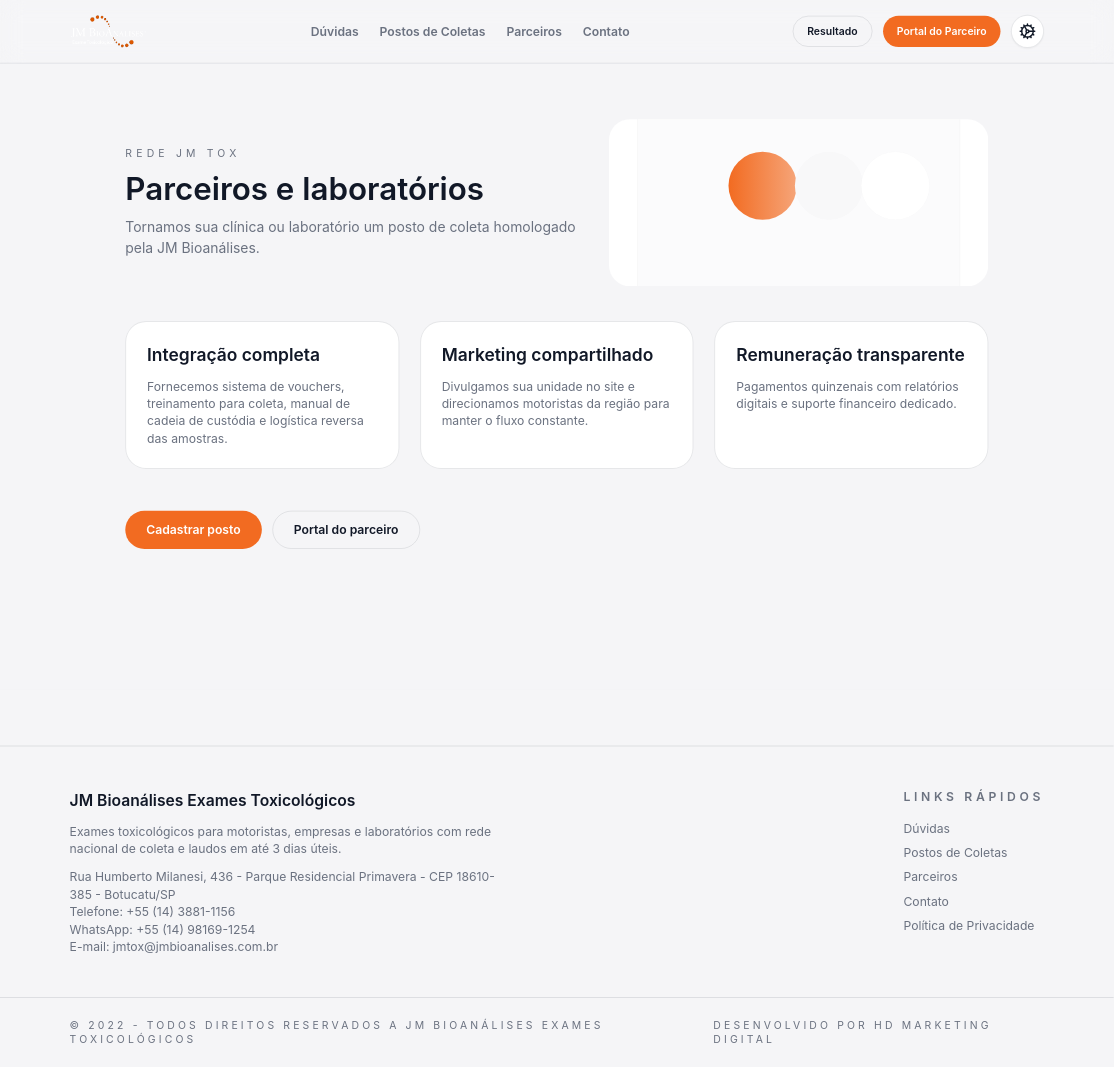
Repository: 1xLab/cat1
Page: /parceiros
The author's editor kept a copy of each file at every save. The page is drawn from the files as they stood at one save, then again after the next save.
The browser window is 1280 px wide. The pictures show the whole page, at 87% of full size.
The page's requests for data from a server got no answer. The project was rebuilt for these pictures with package versions that can differ from the ones it lists, and the page was loaded fresh each time. The framework's server and built-in components were replaced by stand-ins that run in the browser. No one was signed in, and anything a server would have sent is missing. Also part of the build but not shown: next.config.ts.

Above is the page before, as saved 2025-11-19 21:52:39.

### src/app/layout.tsx
import type { Metadata } from "next";
import { Geist, Geist_Mono } from "next/font/google";
import "./globals.css";

import { Header } from "@/components/layout/header";
import { Footer } from "@/components/layout/footer";
import { baseMetadata } from "@/lib/seo";
import { LabSchema } from "@/components/seo/lab-schema";
import { TagManager } from "@/components/analytics/tag-manager";

const geistSans = Geist({
  variable: "--font-geist-sans",
  subsets: ["latin"],
});

const geistMono = Geist_Mono({
  variable: "--font-geist-mono",
  subsets: ["latin"],
});

export const metadata: Metadata = baseMetadata;

export default function RootLayout({
  children,
}: Readonly<{
  children: React.ReactNode;
}>) {
  return (
    <html lang="pt-BR" data-theme="sunrise">
      <body className={`${geistSans.variable} ${geistMono.variable} antialiased`}>
        <TagManager />
        <LabSchema />
        <Header />
        <main className="min-h-screen bg-[var(--color-bg)] text-[var(--color-text)]">
          {children}
        </main>
        <Footer />
      </body>
    </html>
  );
}

### src/app/parceiros/page.tsx
import Image from "next/image";
import type { Metadata } from "next";
import { Button } from "@/components/ui/button";

const pillars = [
  {
    title: "Integração completa",
    body: "Fornecemos sistema de vouchers, treinamento para coleta, manual de cadeia de custódia e logística reversa das amostras.",
  },
  {
    title: "Marketing compartilhado",
    body: "Divulgamos sua unidade no site e direcionamos motoristas da região para manter o fluxo constante.",
  },
  {
    title: "Remuneração transparente",
    body: "Pagamentos quinzenais com relatórios digitais e suporte financeiro dedicado.",
  },
];

export const metadata: Metadata = {
  title: "Parceiros | JM Tox",
};

const illustration = "/imagens/illustration-parceiros-clean.svg";

export default function ParceirosPage() {
  return (
    <section className="mx-auto max-w-5xl px-4 py-16">
      <div className="grid gap-6 md:grid-cols-[1.1fr_0.9fr] md:items-center">
        <div className="space-y-3">
          <p className="text-xs uppercase tracking-[0.4em] text-[var(--color-text-muted)]">
            Rede JM Tox
          </p>
          <h1 className="text-4xl font-semibold text-[var(--color-text)]">
            Parceiros e laboratórios
          </h1>
          <p className="text-[var(--color-text-muted)]">
            Tornamos sua clínica ou laboratório um posto de coleta homologado
            pela JM Bioanálises.
          </p>
        </div>
        <div className="relative h-48 rounded-3xl">
          <Image
            src={illustration}
            alt="Tecnologia embarcada em caminhões"
            fill
            className="rounded-3xl object-cover"
            sizes="(min-width: 768px) 400px, 100vw"
          />
        </div>
      </div>
      <div className="mt-10 grid gap-6 md:grid-cols-3">
        {pillars.map((pillar) => (
          <article
            key={pillar.title}
            className="rounded-3xl border border-[var(--color-outline)] bg-[var(--color-surface)] p-6"
          >
            <h2 className="text-xl font-semibold text-[var(--color-text)]">
              {pillar.title}
            </h2>
            <p className="mt-3 text-sm text-[var(--color-text-muted)]">
              {pillar.body}
            </p>
          </article>
        ))}
      </div>
      <div className="mt-12 flex flex-wrap gap-3">
        <Button asChild>
          <a href="/cadastro-postos-de-coleta">Cadastrar posto</a>
        </Button>
        <Button asChild variant="outline">
          <a href="/app/parceiros">Portal do parceiro</a>
        </Button>
      </div>
    </section>
  );
}

### src/app/globals.css
@tailwind base;
@tailwind components;
@tailwind utilities;

:root {
  --color-bg: #f5f5f7;
  --color-surface: #ffffff;
  --color-text: #111827;
  --color-text-muted: #6b7280;
  --color-primary: #f26b21;
  --color-primary-dark: #c65310;
  --color-header: #050608;
  --color-outline: rgba(15, 23, 42, 0.1);
}

[data-theme="sunrise"] {
  --color-bg: #f5f5f7;
  --color-surface: #ffffff;
  --color-text: #111827;
  --color-text-muted: #6b7280;
  --color-primary: #f26b21;
  --color-primary-dark: #c65310;
  --color-header: #050608;
}

[data-theme="midnight"] {
  --color-bg: #050608;
  --color-surface: #111827;
  --color-text: #f9fafb;
  --color-text-muted: #9ca3af;
  --color-primary: #f26b21;
  --color-primary-dark: #f26b21;
  --color-header: #000000;
  --color-outline: rgba(255, 255, 255, 0.1);
}

[data-theme="clinical"] {
  --color-bg: #f3f6fb;
  --color-surface: #ffffff;
  --color-text: #0f172a;
  --color-text-muted: #3f4d63;
  --color-primary: #2563eb;
  --color-primary-dark: #1d4ed8;
  --color-header: #0f172a;
  --color-outline: rgba(15, 23, 42, 0.08);
}

[data-theme="high-contrast"] {
  --color-bg: #000000;
  --color-surface: #000000;
  --color-text: #ffffff;
  --color-text-muted: #f3f4f6;
  --color-primary: #ffbf00;
  --color-primary-dark: #f59e0b;
  --color-header: #000000;
  --color-outline: rgba(255, 255, 255, 0.2);
}

[data-theme="dark"] {
  --color-bg: #111436;
  --color-surface: rgba(255, 255, 255, 0.08);
  --color-text: #fefefe;
  --color-text-muted: #d4ddff;
  --color-primary: #f97316;
  --color-primary-dark: #ea580c;
  --color-header: rgba(17, 20, 54, 0.9);
  --color-outline: rgba(255, 255, 255, 0.2);
}

@layer base {
  * {
    box-sizing: border-box;
  }

  body {
    background: var(--color-bg);
    color: var(--color-text);
    font-family: "Inter", system-ui, -apple-system, BlinkMacSystemFont,
      "Segoe UI", sans-serif;
    min-height: 100vh;
  }
}

@layer utilities {
  .text-balance {
    text-wrap: balance;
  }

  .glass-panel {
    background: color-mix(in srgb, var(--color-surface) 90%, transparent);
    backdrop-filter: blur(18px);
    border: 1px solid color-mix(in srgb, var(--color-outline) 80%, transparent);
    border-radius: 1.5rem;
    box-shadow: 0 15px 45px rgba(15, 23, 42, 0.12);
  }
}

### src/components/layout/header.tsx
import Image from "next/image";
import Link from "next/link";
import { ThemeSwitcher } from "@/components/theme-switcher";
import { Button } from "@/components/ui/button";

const navItems = [
  { label: "Dúvidas", href: "/duvidas-frequentes" },
  { label: "Postos de Coletas", href: "/postos-de-coletas" },
  { label: "Parceiros", href: "/parceiros" },
  { label: "Contato", href: "/contato" },
];

export function Header() {
  return (
    <header className="sticky top-0 z-40 border-b border-[var(--color-outline)] bg-[var(--color-header)]/15 backdrop-blur-md">
      <div className="container mx-auto flex max-w-6xl items-center justify-between gap-4 px-4 py-4">
        <Link href="/" className="flex items-center gap-3">
          <Image
            src="/logo-jm-bioanalises-branco.png"
            alt="JM Bioanálises"
            width={150}
            height={42}
            className="h-10 w-auto"
            priority
          />
          <span className="sr-only">JM Bioanálises</span>
        </Link>
        <nav className="hidden items-center gap-6 text-sm font-semibold text-[var(--color-text-muted)] lg:flex">
          {navItems.map((item) => (
            <Link
              key={item.href}
              href={item.href}
              className="transition hover:text-[var(--color-text)]"
            >
              {item.label}
            </Link>
          ))}
        </nav>
        <div className="flex items-center gap-3">
          <Button asChild variant="outline" size="sm">
            <Link href="/duvidas-frequentes#resultado-online">Resultado</Link>
          </Button>
          <Button asChild size="sm">
            <Link href="/parceiros">Portal do Parceiro</Link>
          </Button>
          <ThemeSwitcher />
        </div>
      </div>
      <div className="border-t border-[var(--color-outline)] bg-[var(--color-header)] px-4 py-3 lg:hidden">
        <nav className="flex flex-wrap gap-3 text-sm font-semibold text-[var(--color-text-muted)]">
          {navItems.map((item) => (
            <Link
              key={item.href}
              href={item.href}
              className="rounded-full border border-gray-600 px-3 py-1 transition hover:border-[var(--color-primary)] hover:text-white"
            >
              {item.label}
            </Link>
          ))}
        </nav>
      </div>
    </header>
  );
}

### src/components/layout/footer.tsx
import Link from "next/link";

import { siteConfig } from "@/lib/site";

const quickLinks = [
  { label: "Dúvidas", href: "/duvidas-frequentes" },
  { label: "Postos de Coletas", href: "/postos-de-coletas" },
  { label: "Parceiros", href: "/parceiros" },
  { label: "Contato", href: "/contato" },
  { label: "Política de Privacidade", href: "/politica-de-privacidade" },
];

export function Footer() {
  return (
    <footer className="mt-16 border-t border-[var(--color-outline)] bg-[var(--color-surface)]/95">
      <div className="mx-auto flex max-w-6xl flex-col gap-8 px-4 py-12 md:flex-row md:justify-between">
        <div className="max-w-lg space-y-3">
          <p className="text-lg font-semibold text-[var(--color-text)]">
            {siteConfig.name}
          </p>
          <p className="text-sm text-[var(--color-text-muted)]">
            {siteConfig.description}
          </p>
          <div className="text-sm text-[var(--color-text-muted)]">
            <p>{siteConfig.address}</p>
            <p>Telefone: {siteConfig.contacts.phone}</p>
            <p>WhatsApp: {siteConfig.contacts.mobile}</p>
            <p>E-mail: {siteConfig.contacts.email}</p>
          </div>
        </div>
        <div>
          <p className="text-sm font-semibold uppercase tracking-[0.3em] text-[var(--color-text-muted)]">
            Links rápidos
          </p>
          <ul className="mt-4 space-y-2 text-sm">
            {quickLinks.map((link) => (
              <li key={link.href}>
                <Link
                  href={link.href}
                  className="text-[var(--color-text-muted)] transition hover:text-[var(--color-text)]"
                >
                  {link.label}
                </Link>
              </li>
            ))}
          </ul>
        </div>
      </div>
      <div className="border-t border-[var(--color-outline)]">
        <div className="mx-auto flex max-w-6xl flex-col gap-2 px-4 py-6 text-xs uppercase tracking-[0.3em] text-[var(--color-text-muted)] md:flex-row md:items-center md:justify-between">
          <p>
            © 2022 - Todos Direitos Reservados a JM Bioanálises Exames Toxicológicos
          </p>
          <p>Desenvolvido por HD Marketing Digital</p>
        </div>
      </div>
    </footer>
  );
}

### src/lib/seo.ts
import type { Metadata } from "next";
import { siteConfig } from "./site";

type SEOParams = {
  title?: string;
  description?: string;
  path?: string;
};

export const baseMetadata: Metadata = {
  metadataBase: new URL(siteConfig.url),
  title: {
    default: `${siteConfig.name} | Laboratório de Toxicologia`,
    template: `%s | ${siteConfig.name}`,
  },
  description: siteConfig.description,
  openGraph: {
    type: "website",
    url: siteConfig.url,
    title: siteConfig.name,
    description: siteConfig.description,
    images: [
      {
        url: siteConfig.ogImage,
        width: 1200,
        height: 630,
        alt: siteConfig.name,
      },
    ],
  },
  twitter: {
    card: "summary_large_image",
    title: siteConfig.name,
    description: siteConfig.description,
    images: [siteConfig.ogImage],
  },
  icons: {
    icon: "/favicon.ico",
  },
};

export const generatePageMetadata = ({
  title,
  description,
  path = "",
}: SEOParams): Metadata => ({
  ...baseMetadata,
  title,
  description,
  alternates: {
    canonical: path ? `${siteConfig.url}${path}` : siteConfig.url,
  },
});

### src/components/seo/lab-schema.tsx
export function LabSchema() {
  const jsonLd = {
    "@context": "https://schema.org",
    "@type": "MedicalOrganization",
    name: "JM Bioanálises Exames Toxicológicos",
    url: "https://jmtox.com.br",
    address: {
      "@type": "PostalAddress",
      streetAddress:
        "Rua Humberto Milanesi, 436 - Parque Residencial Primavera",
      addressLocality: "Botucatu",
      addressRegion: "SP",
      postalCode: "18610-385",
      addressCountry: "BR",
    },
    contactPoint: {
      "@type": "ContactPoint",
      telephone: "+55-14-3881-1156",
      contactType: "customer service",
      availableLanguage: ["Portuguese", "English"],
    },
    sameAs: ["https://www.linkedin.com/company/jmbioanalises"],
    medicalSpecialty: ["Toxicologic"],
  };

  return (
    <script
      type="application/ld+json"
      dangerouslySetInnerHTML={{ __html: JSON.stringify(jsonLd) }}
    />
  );
}

### src/components/analytics/tag-manager.tsx
"use client";

import Script from "next/script";

export function TagManager() {
  const id = process.env.NEXT_PUBLIC_GTM_ID;
  if (!id) return null;

  return (
    <>
      <Script id="gtm-loader">
        {`
          (function(w,d,s,l,i){w[l]=w[l]||[];w[l].push({'gtm.start':
          new Date().getTime(),event:'gtm.js'});var f=d.getElementsByTagName(s)[0],
          j=d.createElement(s),dl=l!='dataLayer'?'&l='+l:'';j.async=true;j.src=
          'https://www.googletagmanager.com/gtm.js?id='+i+dl;f.parentNode.insertBefore(j,f);
          })(window,document,'script','dataLayer','${id}');
        `}
      </Script>
      <noscript>
        <iframe
          src={`https://www.googletagmanager.com/ns.html?id=${id}`}
          height="0"
          width="0"
          style={{ display: "none", visibility: "hidden" }}
        />
      </noscript>
    </>
  );
}

### src/components/ui/button.tsx
"use client";

import * as React from "react";
import { Slot } from "@radix-ui/react-slot";
import { cva, type VariantProps } from "class-variance-authority";

import { cn } from "@/lib/utils";

const buttonVariants = cva(
  "inline-flex items-center justify-center whitespace-nowrap rounded-full text-sm font-semibold transition focus-visible:outline-none focus-visible:ring-2 focus-visible:ring-[var(--color-primary)] disabled:pointer-events-none disabled:opacity-60",
  {
    variants: {
      variant: {
        default:
          "bg-[var(--color-primary)] text-white hover:bg-[var(--color-primary-dark)]",
        secondary:
          "bg-[var(--color-surface)] text-[var(--color-text)] border border-[var(--color-outline)] hover:border-[var(--color-primary)]",
        outline:
          "border border-[var(--color-outline)] text-[var(--color-text)] hover:border-[var(--color-primary)] hover:text-[var(--color-text)]",
        ghost: "text-[var(--color-text)] hover:bg-[var(--color-outline)]/30",
        link: "underline-offset-4 text-[var(--color-primary)] hover:underline",
      },
      size: {
        default: "h-11 px-6",
        sm: "h-9 px-4 text-xs",
        lg: "h-12 px-8 text-base",
        icon: "h-10 w-10",
      },
    },
    defaultVariants: {
      variant: "default",
      size: "default",
    },
  }
);

export interface ButtonProps
  extends React.ButtonHTMLAttributes<HTMLButtonElement>,
    VariantProps<typeof buttonVariants> {
  asChild?: boolean;
}

const Button = React.forwardRef<HTMLButtonElement, ButtonProps>(
  ({ className, variant, size, asChild = false, ...props }, ref) => {
    const Comp = asChild ? Slot : "button";
    return (
      <Comp
        className={cn(buttonVariants({ variant, size, className }))}
        ref={ref}
        {...props}
      />
    );
  }
);
Button.displayName = "Button";

export { Button, buttonVariants };

### src/components/theme-switcher.tsx
"use client";

import { useEffect, useState } from "react";
import { Cog, Check } from "lucide-react";
import { cn } from "@/lib/utils";

const themes = [
  { id: "sunrise", name: "Sunrise Light", description: "Luz natural com laranja vibrante." },
  { id: "midnight", name: "Midnight Dark", description: "Interface escura para salas de comando." },
  { id: "clinical", name: "Clinical Light", description: "Azul clínico com fundos neutros." },
  { id: "high-contrast", name: "High Contrast", description: "Alto contraste para máxima leitura." },
];

function applyThemeValue(
  value: string,
  setTheme: (theme: string) => void
) {
  const next = themes.find((item) => item.id === value) ? value : "sunrise";
  setTheme(next);
  document.documentElement.setAttribute("data-theme", next);
  try {
    localStorage.setItem("jmbio-theme", next);
  } catch {
    /* ignore */
  }
}

export function ThemeSwitcher() {
  const [open, setOpen] = useState(false);
  const [theme, setTheme] = useState("sunrise");

  useEffect(() => {
    let stored = "sunrise";
    try {
      stored = localStorage.getItem("jmbio-theme") || "sunrise";
    } catch {
      stored = "sunrise";
    }
    applyThemeValue(stored, setTheme);
  }, []);

  function apply(value: string) {
    applyThemeValue(value, setTheme);
  }

  return (
    <div className="relative">
      <button
        aria-label="Alterar tema do site"
        className="rounded-full border border-[var(--color-outline)] bg-[var(--color-surface)] p-2 text-[var(--color-text)] shadow-sm transition hover:shadow-md"
        onClick={() => setOpen((prev) => !prev)}
      >
        <Cog className="h-5 w-5" />
      </button>
      {open && (
        <div className="absolute right-0 z-50 mt-3 w-64 rounded-2xl border border-[var(--color-outline)] bg-[var(--color-surface)] p-4 shadow-xl">
          <p className="text-xs font-semibold uppercase tracking-[0.3em] text-[var(--color-text-muted)]">
            Temas
          </p>
          <div className="mt-3 space-y-2">
            {themes.map((item) => (
              <button
                key={item.id}
                className={cn(
                  "flex w-full items-start gap-2 rounded-2xl border border-transparent p-3 text-left transition hover:border-[var(--color-outline)]",
                  theme === item.id && "border-[var(--color-primary)] bg-[var(--color-primary)]/10"
                )}
                onClick={() => apply(item.id)}
              >
                <span className="mt-1 text-[var(--color-primary)]">
                  {theme === item.id ? <Check className="h-4 w-4" /> : <span className="block h-4 w-4 rounded-full border border-[var(--color-outline)]" />}
                </span>
                <span>
                  <span className="font-semibold text-[var(--color-text)]">{item.name}</span>
                  <span className="block text-xs text-[var(--color-text-muted)]">{item.description}</span>
                </span>
              </button>
            ))}
          </div>
        </div>
      )}
    </div>
  );
}

### src/lib/site.ts
export const siteConfig = {
  name: "JM Bioanálises Exames Toxicológicos",
  description:
    "Exames toxicológicos para motoristas, empresas e laboratórios com rede nacional de coleta e laudos em até 3 dias úteis.",
  url: "https://jmtox.com.br",
  ogImage: "/logo-jm-bioanalises-branco.png",
  social: {
    linkedin: "https://www.linkedin.com/company/jmbioanalises",
    whatsapp: "https://api.whatsapp.com/send?phone=5514981691254",
  },
  contacts: {
    phone: "+55 (14) 3881-1156",
    mobile: "+55 (14) 98169-1254",
    email: "jmtox@jmbioanalises.com.br",
  },
  address:
    "Rua Humberto Milanesi, 436 - Parque Residencial Primavera - CEP 18610-385 - Botucatu/SP",
};

export type SiteConfig = typeof siteConfig;

### src/lib/utils.ts
import { type ClassValue, clsx } from "clsx";
import { twMerge } from "tailwind-merge";

export function cn(...inputs: ClassValue[]) {
  return twMerge(clsx(inputs));
}

export function formatPhone(phone: string) {
  const digits = phone.replace(/\D/g, "");
  const match = digits.match(/^(\d{2})(\d{5})(\d{4})$/);
  if (!match) return phone;
  return `(${match[1]}) ${match[2]}-${match[3]}`;
}

export function slugify(value: string) {
  return value
    .toLowerCase()
    .normalize("NFD")
    .replace(/[\u0300-\u036f]/g, "")
    .replace(/[^a-z0-9]+/g, "-")
    .replace(/(^-|-$)+/g, "");
}

export function formatIsoDate(date: string) {
  return new Date(date).toLocaleDateString("pt-BR", {
    day: "2-digit",
    month: "short",
    year: "numeric",
  });
}

### tailwind.config.ts
import type { Config } from "tailwindcss";
import { fontFamily } from "tailwindcss/defaultTheme";
import animate from "tailwindcss-animate";

const config: Config = {
  darkMode: ["class"],
  content: ["./src/**/*.{ts,tsx}"],
  theme: {
    container: {
      center: true,
      padding: {
        DEFAULT: "1.5rem",
        md: "2rem",
      },
      screens: {
        "2xl": "1320px",
      },
    },
    extend: {
      colors: {
        border: "hsl(var(--border))",
        input: "hsl(var(--input))",
        ring: "hsl(var(--ring))",
        background: "hsl(var(--background))",
        foreground: "hsl(var(--foreground))",
        primary: {
          DEFAULT: "hsl(var(--primary))",
          foreground: "hsl(var(--primary-foreground))",
        },
        secondary: {
          DEFAULT: "hsl(var(--secondary))",
          foreground: "hsl(var(--secondary-foreground))",
        },
        muted: {
          DEFAULT: "hsl(var(--muted))",
          foreground: "hsl(var(--muted-foreground))",
        },
        accent: {
          DEFAULT: "hsl(var(--accent))",
          foreground: "hsl(var(--accent-foreground))",
        },
        destructive: {
          DEFAULT: "hsl(var(--destructive))",
          foreground: "hsl(var(--destructive-foreground))",
        },
        card: {
          DEFAULT: "hsl(var(--card))",
          foreground: "hsl(var(--card-foreground))",
        },
      },
      borderRadius: {
        lg: "var(--radius)",
        md: "calc(var(--radius) - 2px)",
        sm: "calc(var(--radius) - 4px)",
      },
      fontFamily: {
        sans: ["var(--font-geist-sans)", ...fontFamily.sans],
        mono: ["var(--font-geist-mono)", ...fontFamily.mono],
      },
      backgroundImage: {
        "grid-fade":
          "radial-gradient(circle at 20% 20%, hsla(var(--primary),0.25), transparent 55%), radial-gradient(circle at 80% 0%, hsla(var(--accent),0.3), transparent 60%)",
      },
    },
  },
  plugins: [animate],
};

export default config;

After the next save:
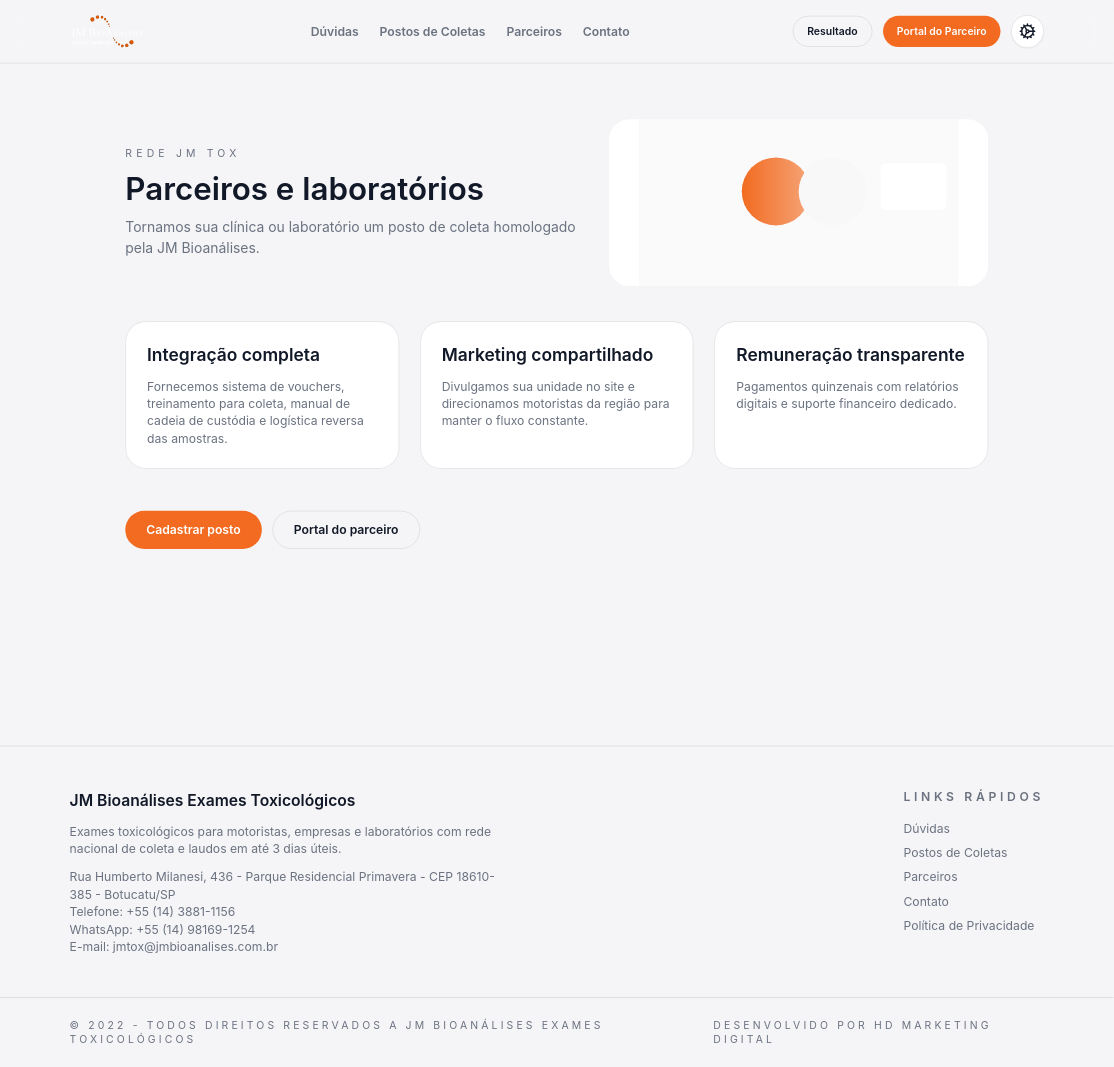
Saved 6 s later.
--- a/src/app/parceiros/page.tsx
+++ b/src/app/parceiros/page.tsx
@@ -21,7 +21,7 @@ export const metadata: Metadata = {
   title: "Parceiros | JM Tox",
 };
 
-const illustration = "/imagens/illustration-parceiros-clean.svg";
+const illustration = "/imagens/illustration-parceiros-v2.svg";
 
 export default function ParceirosPage() {
   return (
